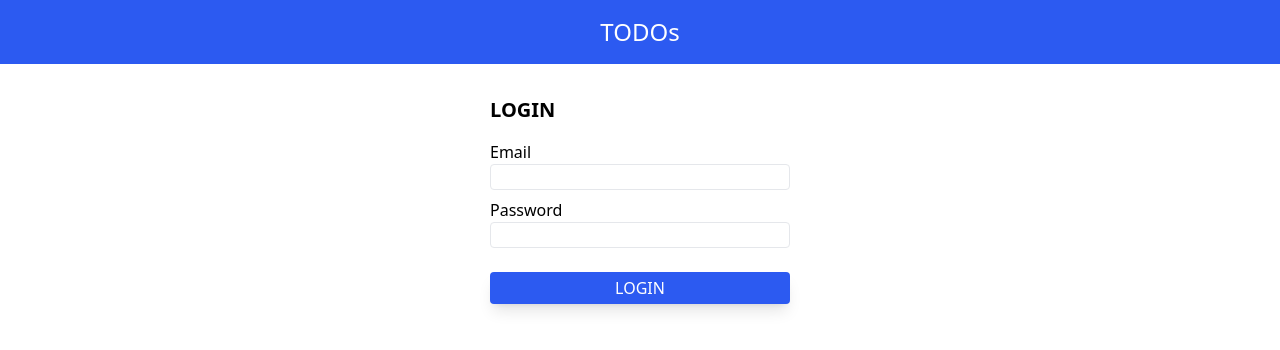
Repository: Jay-JYKim91/wanted-pre-onboarding-challenge-fe-1
Page: /auth
These files come from the project's save history. The page is drawn as it stood at one moment and after the next save; the edit follows.
The browser window is 1280 px wide. The pictures show the whole page.
The project was rebuilt for these pictures with package versions that can differ from the ones it lists, and the page was loaded fresh each time.

Above is the page before, as saved 2022-07-29 20:05:49.

After the next save:
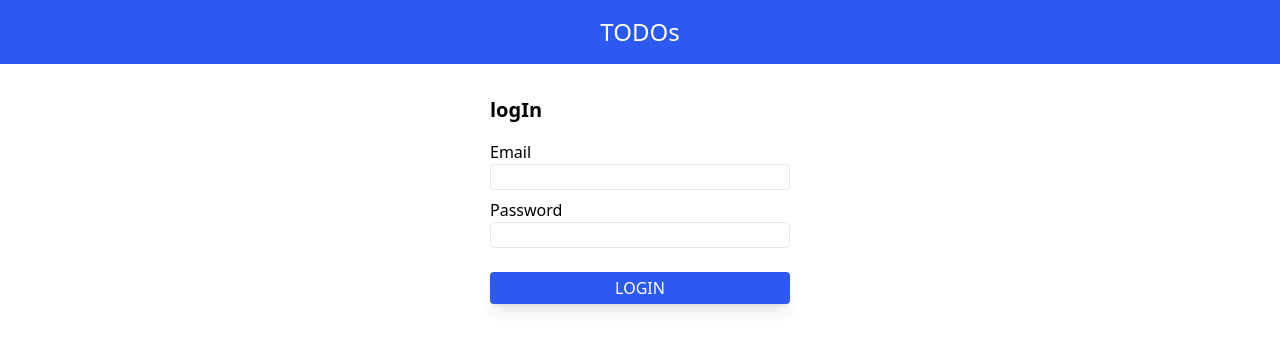
Saved 2 min 59 s later.
--- a/src/page/Auth.tsx
+++ b/src/page/Auth.tsx
@@ -7,7 +7,7 @@
   return (
     <div>
       <div className="max-w-[300px] m-auto my-8">
-        <h1 className="font-bold text-xl">LOGIN</h1>
+        <h1 className="font-bold text-xl">{logInOrSignUp}</h1>
         <form className="my-4">
           <div className="flex flex-col mb-2">
             <label htmlFor="emailForLogin">Email</label>

After the save that followed:
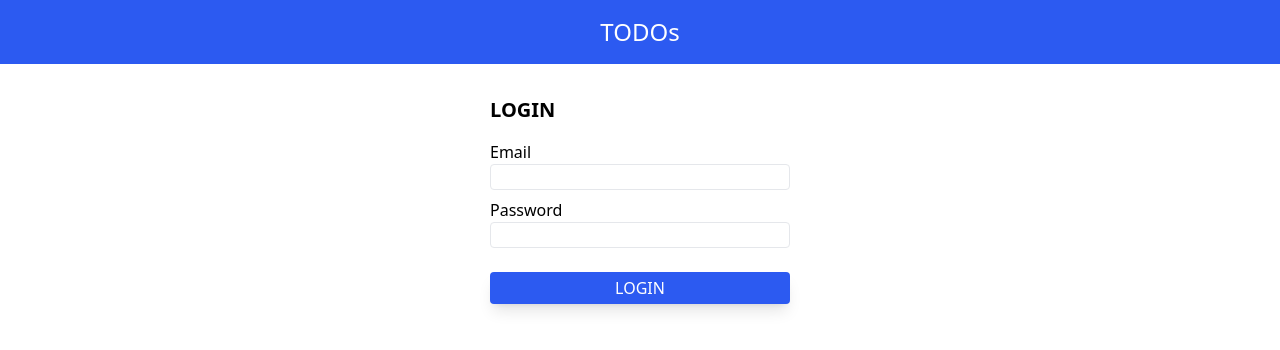
Saved 6 s later.
--- a/src/page/Auth.tsx
+++ b/src/page/Auth.tsx
@@ -7,7 +7,7 @@
   return (
     <div>
       <div className="max-w-[300px] m-auto my-8">
-        <h1 className="font-bold text-xl">{logInOrSignUp}</h1>
+        <h1 className="font-bold text-xl uppercase">{logInOrSignUp}</h1>
         <form className="my-4">
           <div className="flex flex-col mb-2">
             <label htmlFor="emailForLogin">Email</label>
